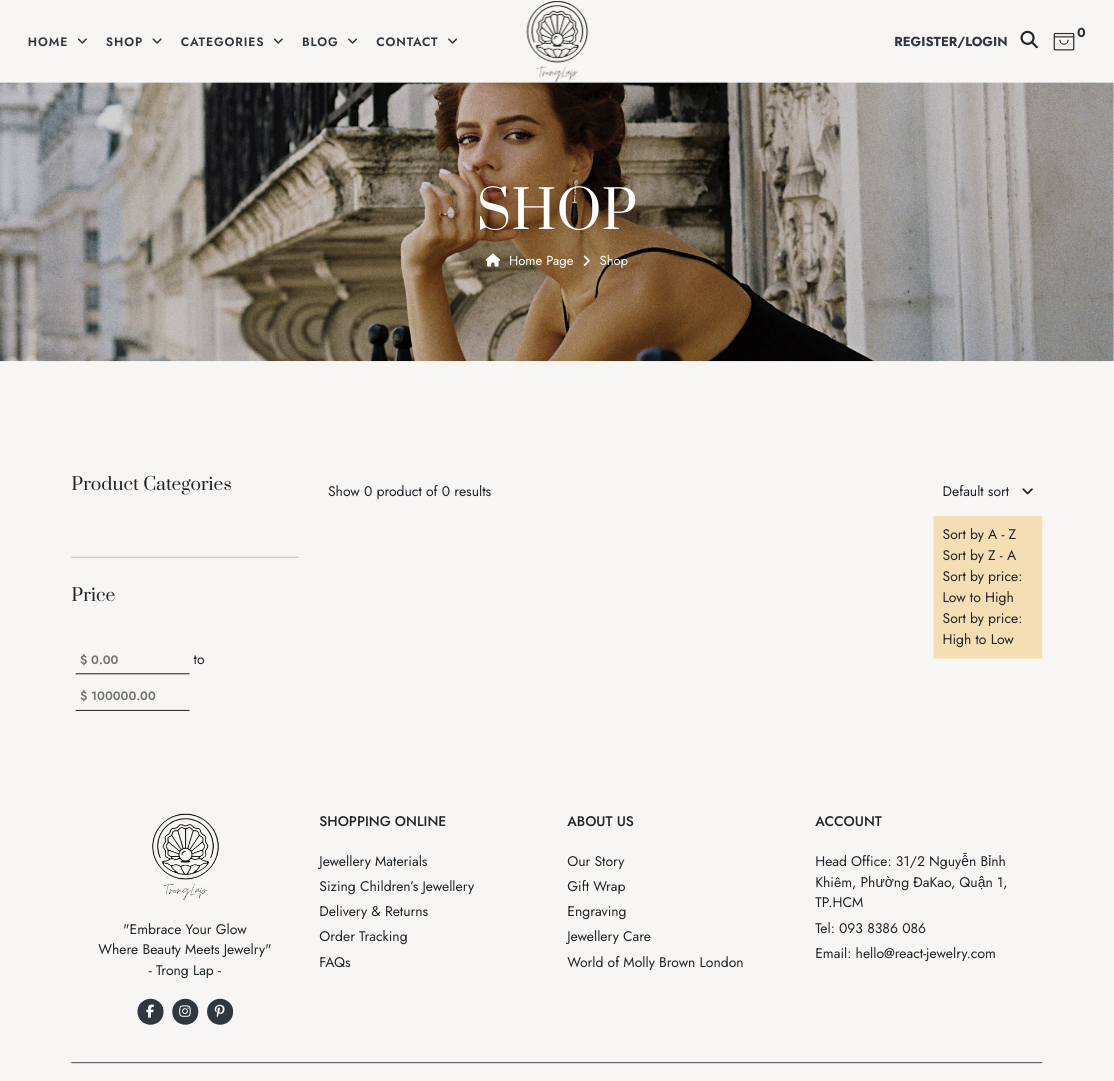
Repository: tronglap/react-jewelry
Page: /list-product
An editor plug-in stored every save of this project. The page is shown before and after the next save, followed by the edit.
The browser window is 1280 px wide. The pictures show the whole page, at 87% of full size.
The page's requests for data from a server got no answer. The project was rebuilt for these pictures with package versions that can differ from the ones it lists, and the page was loaded fresh each time. No one was signed in, and anything a server would have sent is missing. Also part of the build but not shown: src/component/Button/Button.css, src/component/Button/Button.js, src/component/SliderBar/SliderBar.css, src/component/SliderBar/SliderBar.js, src/component/Home/WWD/WWD.css, src/component/Home/WWD/WWD.js, src/component/Home/Home.css, src/component/Home/Categories/Categories.js and 14 more.

Above is the page before, as saved 2024-03-26 18:43:37.

### src/App.css
@import url('https://fonts.googleapis.com/css2?family=Jost:ital,wght@0,100..900;1,100..900&family=Prata&display=swap');


* {
    margin: 0;
    padding: 0;
    box-sizing: border-box;
}

img {
    width: 100%;
}

a {
    text-decoration: none;
}

ul {
    list-style: none;
    margin: 0;
    padding: 0;
}

body {
    font-family: "Jost", sans-serif;
    --seconddaryfont: "Prata";
    --color-primary: #daa14c;
    --color-secondary: #30373e;
    --color-text: #666;
    --color-accent: #30373e;
    --color-lighter: #888;
    --color-dark: #202020;
    --color-highlight: #ccc;
    --color-border: #e3e3e3;
    --color-background-light: #f8f6f4;
    --color-background-field: #DADADA20;
    background-color: #f8f6f4;
}

### src/component/AutoTop/AutoTop.js
import { useEffect } from "react";
import { useNavigate } from "react-router-dom";

const AutoTop = () => {
  const navigate = useNavigate();
  useEffect(() => {
    window.scrollTo({
      top: 0,
      behavior: "smooth",
    });
  }, [navigate]);
  return null;
};

export default AutoTop;

### src/component/Footer/Footer.css
.footer {
    margin-top: 10%;
    text-align: left;
    height: 40vh;
    border-bottom: 0.1px solid var(--color-secondary);
    margin-bottom: 20px;
}

.footer .logo {
    margin: 0 auto;
    width: 30%;
}

.footer .slogan {
    text-align: center;
    margin: 20px 0;
}

.footer .social-links {
    display: flex;
    gap: 10px;
    margin-top: 10px;
    justify-content: center;
}

.footer .social-links a {
    display: flex;
    align-items: center;
    justify-content: center;
    color: white;
    background-color: var(--color-secondary);
    border-radius: 50%;
    width: 30px;
    height: 30px;
    font-size: 20px;
    text-align: center;
    transition: 0.3s ease;
}

.footer .social-links a:hover {
    background-color: var(--color-primary);
}

::selection {
    color: white;
    background-color: var(--color-primary);
}

.footer ul {
    margin-top: 25px;
}

.footer ul li {
    margin-bottom: 5px;
    cursor: pointer;
    transition: 0.2s linear;
}

.footer ul li:hover {
    color: var(--color-primary)
}

### src/component/ListProduct/ListProduct.css
.ListProduct .box_product {
    margin-top: 10%;
}

.ListProduct .box_product .Product_Categories {
    font-size: 20px;
    font-family: 'Prata', sans-serif;
    font-weight: 400;
    line-height: 1.35;
    text-transform: capitalize;
    margin-bottom: 30px;
    padding-bottom: 10px;
}

.ListProduct .box_product .Categories {
    border-bottom: 1px solid rgba(128, 128, 128, 0.5);
    padding-bottom: 30px;
}

.ListProduct .box_product .Categories .diamonds {
    display: flex;
    width: 35%;
    justify-content: space-between;
    font-size: 18px;
    font-weight: 400;
    font-style: normal;
    text-rendering: optimizeLegibility;
    color: var(--color-text);
    line-height: 1.5;
    letter-spacing: 0;
    cursor: pointer;
    transition: 0.2s ease;
}

.ListProduct .box_product .Categories .diamonds:hover {
    color: var(--color-primary)
}

.ListProduct .box_product .FBP .filterbyprice {
    font-size: 20px;
    font-family: 'Prata', sans-serif;
    font-weight: 400;
    line-height: 1.35;
    text-transform: capitalize;
    margin-bottom: 30px;
    margin-top: 30px;
    padding-bottom: 10px;
}

.ListProduct .box_product .FBP input {
    width: 50%;
    padding: 5px;
    font-size: 14px;
    margin: 5px;
    font-weight: 600;
    text-transform: none;
    border: none;
    border-bottom: 1px solid black;
    outline: none;
    background-color: transparent;
}

input[type=number]::-webkit-inner-spin-button {
    -webkit-appearance: none;
}

.ListProduct .box_product .Cart_list {
    margin-bottom: 20px;
}

.ListProduct .box_product .sorting {
    display: flex;
    justify-content: space-between;
    align-items: center;
}

.ListProduct .box_product .sorting .Count_AP {
    display: flex;
    margin-bottom: 20px;
    padding: 10px;
}

.ListProduct .box_product .sort {
    display: flex;
    align-items: center;
    justify-content: space-between;
    width: 15%;
    margin-bottom: 20px;
    padding: 10px;
    position: relative;
}

.ListProduct .box_product .sort .sorts {
    background-color: wheat;
    padding: 10px 10px;
    width: 100%;
    top: 50px;
    left: 0;
    position: absolute;
    z-index: 999;
}

### src/component/Cart/Cart.css
.Cart .link_header {
    display: flex;
    justify-content: flex-start;
    align-items: center;
}

.Cart .link_header .Home,
.Cart .link_header .Shop {
    line-height: 24px;
    text-decoration: none;
    color: var(--color-text);
    font-weight: 400;
    font-size: 14px;
    transition: 0.2s ease;
}

.Cart .link_header .Shop {
    color: var(--color-primary)
}

.Cart .link_header .Home:hover,
.Cart .link_header .Home:hover i {
    color: var(--color-primary)
}

.Cart .link_header .Home i,
.Cart .link_header .icon i {
    margin-right: 10px;
    color: var(--color-text);
    transition: 0.2s ease;
    font-size: 13px;
}

.Cart .link_header .icon {
    display: flex;
    align-items: center;
    justify-content: center;
    margin: 0 10px;
}

.Cart .cart-product {
    display: none;
    margin-top: 10%;
    text-align: center;
}

.Cart .cart-product.active {
    display: block;
}

.Cart .noti.active {
    display: none;
}

.Cart .cart-product .title {
    color: var(--color-secondary);
    font-weight: 600;
    text-transform: uppercase;
}

.Cart .cart-product .quantity {
    display: flex;
    align-items: center;
    justify-content: space-between;
    border: 1px solid #e3e3e3;

}

.Cart .cart-product .quantity input {
    padding: 13px 0;
    font-size: 14px;
    font-weight: 600;
    text-align: center;
    margin: 0 auto;
    outline: none;
    background-color: transparent;
    border: none;
    width: 50%;
}

.Cart .cart-product .quantity button {
    padding: 5px 10px 5px 10px;
    border: none;
    background-color: transparent;
    transition: 0.5s linear;
    border-radius: 50%;
    outline: none;
}

.Cart .cart-product .quantity button:active {
    background-color: rgba(128, 128, 128, 0.5)
}

p {
    margin: 0;
}

.Cart .cart-product .bill {
    text-align: left;
    padding: 30px 30px 40px;
    position: relative;
    background-color: #F8F6F4;
    border: 6px solid #E3E3E3;
    border-radius: 5px;
    color: var(--color-secondary)
}

.Cart .cart-product .bill .cart-total h2 {
    font-size: 28px;
    font-family: 'Prata', sans-serif;
    margin-bottom: 15px;
    font-weight: 400;
}

.Cart .cart-product .bill .total-product,
.Cart .cart-product .bill .total {
    display: flex;
    justify-content: space-between;
    align-items: center;
    font-size: 18px;
    padding: 1em 0;
}

.Cart .cart-product .bill .total {
    margin: 10% 0
}

.Cart .cart-product .bill .total .price {
    font-size: 24px;
    color: var(--color-primary);
    font-weight: 600;
}

.Cart .cart-product .bill .proceed-to-checkout {
    outline: none;
    text-align: center;
}

.Cart .cart-product .bill .proceed-to-checkout .btn-proceed .shop-now {
    margin: 0;
    text-transform: uppercase;
    width: 100%;
    font-weight: 600;
    font-size: 13px;
}

.Cart .cart-product .bill .proceed-to-checkout .btn-proceed .shop-now:hover {
    box-shadow: inset 350px 0 0 0 var(--color-primary);
}

### src/component/Home/Categories/Categories.css
img {
    width: 100%;
}

.icon_cate {
    display: flex;
    gap: 20px;
    margin: 10% 0;
    justify-content: center;
    align-items: center;
}

.icon_cate .icon1,
.icon_cate .icon2,
.icon_cate .icon3 {
    text-align: center;
}

.icon_cate .icon1 .img_icon,
.icon_cate .icon2 .img_icon,
.icon_cate .icon3 .img_icon {
    display: flex;
    justify-content: center;
    margin-bottom: 15px;
}

.icon_cate .icon1 .img_icon .thumb,
.icon_cate .icon2 .img_icon .thumb,
.icon_cate .icon3 .img_icon .thumb {
    width: 25%;
    border-radius: 50%;
    padding: 20px;
    transition: 0.2s ease;
}

.icon_cate .icon1:hover .img_icon .thumb,
.icon_cate .icon2:hover .img_icon .thumb,
.icon_cate .icon3:hover .img_icon .thumb {
    background: var(--color-primary)
}

.icon_cate .icon1 .title,
.icon_cate .icon2 .title,
.icon_cate .icon3 .title {
    font-size: 24px;
    font-family: 'Prata', sans-serif;
    letter-spacing: .3px;
    color: var(--color-secondary);
    margin-bottom: 15px;
    transition: 0.2s ease;
}

.icon_cate .icon1:hover .title,
.icon_cate .icon2:hover .title,
.icon_cate .icon3:hover .title {
    color: var(--color-primary)
}

.icon_cate .icon1 .desc,
.icon_cate .icon2 .desc,
.icon_cate .icon3 .desc {
    width: 60%;
    margin: 0 auto;
}

.cate {
    overflow: hidden;
}

.cate .right .diamond {
    overflow: hidden;
}

.cate .right {
    display: flex;
    flex-wrap: wrap;
    gap: 5%;
}

.cate .necklaces,
.cate .right .diamond,
.cate .right .earrings,
.cate .right .rings {
    position: relative;
    transition: 0.5s ease;
}

.cate .necklaces::after,
.cate .right .diamond::after,
.cate .right .earrings::after,
.cate .right .rings::after {
    content: "";
    display: block;
    opacity: 0;
    width: 100%;
    height: 200px;
    background: linear-gradient(to top, rgba(0, 0, 0, 0.3), rgba(0, 0, 0, 0));
    bottom: -100px;
    position: absolute;
    transition: 0.5s ease;
    z-index: 0;
}

.cate .necklaces:hover::after,
.cate .right .diamond:hover::after,
.cate .right .earrings:hover::after,
.cate .right .rings:hover::after {
    opacity: 1;
    bottom: 0;
}

.cate .necklaces::before,
.cate .right .diamond::before,
.cate .right .earrings::before,
.cate .right .rings::before {
    content: "";
    opacity: 0;
    width: 100%;
    height: 50px;
    font-family: 'Prata', sans-serif;
    font-size: 35px;
    color: white;
    text-align: center;
    bottom: -50px;
    position: absolute;
    transition: 0.5s ease;
    z-index: 1;
}

.cate .necklaces:hover::before {
    content: "Necklaces";
    opacity: 1;
    bottom: 20px;
}

.cate .right .diamond:hover::before {
    content: "Diamond";
    opacity: 1;
    bottom: 20px;
}

.cate .right .earrings:hover::before {
    content: "Earrings";
    opacity: 1;
    bottom: 20px;
}

.cate .right .rings:hover::before {
    content: "Rings";
    opacity: 1;
    bottom: 20px;
}

### src/component/Header/Header.css
.nav {
    display: flex;
    justify-content: space-between;
    padding: 10px 50px;
    position: absolute;
    background-color: rgba(255, 255, 255, 0);
    color: var(--color-secondary);
    z-index: 1;
    width: 100%;
}

svg {
    margin-top: 0px;
}

path {
    fill: black;
    stroke: black;
    stroke-width: 2px;
    transition: 0.2s linear;
}



.nav .left,
.nav .mid,
.nav .right {
    display: flex;
    align-items: center;
    justify-content: center;
    width: 10%;
}

.nav .right .register a {
    color: var(--color-secondary);
    text-transform: uppercase;
    font-weight: bold;
    font-size: 15px;
    transition: 0.2s linear;
}

.nav .right .register a:hover {
    color: var(--color-primary)
}

.nav .right .cart {
    display: flex;
    justify-content: center;
    align-items: center;
    margin-left: 15px;
    cursor: pointer;
}


.nav .right .cart:hover svg path {
    fill: var(--color-primary);
    stroke: var(--color-primary);
    stroke-width: 2px;
}

.nav .right .cart:hover .count {
    color: var(--color-primary)
}

.nav .right .cart .count {
    font-weight: bold;
    font-size: 15px;
    margin-bottom: 20px;
    transition: 0.2s linear;
    color: var(--color-secondary)
}


.nav .left .bar {
    display: flex;
    justify-content: center;
    align-items: center;
    cursor: pointer;
    position: relative;
    color: transparent;
}

.nav .left .bar .line1 {
    display: block;
    width: 20px;
    height: 2px;
    background-color: var(--color-secondary);
    top: 5px;
    left: 0;
    position: absolute;
    border-radius: 5px;
    transition: 0.1s linear;
}

.nav .left .bar .line2 {
    display: block;
    width: 15px;
    height: 2.5px;
    background-color: var(--color-secondary);
    top: 10px;
    left: 0;
    position: absolute;
    transition: 0.1s linear;
    border-radius: 5px;
}

.nav .left .bar .line3 {
    display: block;
    width: 20px;
    height: 2.5px;
    background-color: var(--color-secondary);
    top: 15px;
    left: 0;
    position: absolute;
    border-radius: 5px;
    transition: 0.1s linear;
}

.nav .left .bar:hover .line1,
.nav .left .bar:hover .line2,
.nav .left .bar:hover .line3 {
    background-color: var(--color-primary)
}

.nav .left .bar:hover .line2 {
    width: 20px;
}

.nav .left .search {
    display: flex;
    justify-content: center;
    align-items: center;
    cursor: pointer;
    transition: 0.2s ease;
}

.nav .left .search:hover {
    color: var(--color-primary)
}

.nav .left .search p {
    text-transform: uppercase;
    font-size: 10px;
    font-weight: bold;
    margin: 0;
}

.nav .left .search i {
    margin-right: 5px;
    font-size: 20px;
}

.nav .mid .logo {
    width: 30%;
}

/*------------------------------------*/

/*  {
    display: none;
    top: 0;
    left: 0;
    width: 100%;
    background-color: rgba(0, 0, 0, 0.5);
    position: absolute;
}

.active {
    display: block;
} */

.NavBar {
    opacity: 0;
    pointer-events: none;
    top: 0;
    left: -200px;
    width: 30%;
    height: 100vh;
    padding: 20px;
    transition: 0.3s linear;
    background-color: white;
    position: absolute;

}

.NavBar.active {
    pointer-events: visible;
    opacity: 1;
    left: 0;
}

.NavBar .icon_close {
    margin-bottom: 5%;
    cursor: pointer;
    position: relative;
}


.NavBar .icon_close .icon .line1 {
    width: 20px;
    height: 2px;
    top: 10px;
    right: 0;
    border-radius: 5px;
    background-color: black;
    transition: 0.3s ease;
    transform: rotate(45deg);
    position: absolute;
}

.NavBar .icon_close .icon .line2 {
    width: 20px;
    height: 2px;
    top: 10px;
    right: 0;
    border-radius: 5px;
    background-color: black;
    transition: 0.3s ease;
    transform: rotate(-45deg);
    position: absolute;
}

.NavBar .icon_close .icon:hover .line1,
.NavBar .icon_close .icon:hover .line2 {
    transform: rotate(0);
    height: 3.5px;
    background-color: var(--color-primary)
}

.NavBar .icon_close .Menu {
    color: var(--color-secondary);
    text-transform: uppercase;
    text-align: left;
    font-size: 14px;
    font-weight: 500;
    line-height: 20px;
    position: relative;
}

.NavBar .icon_close .Menu::after {
    content: "";
    display: block;
    margin-top: 20%;
    width: 100%;
    height: 2px;
    background-color: var(--color-primary);
    position: absolute;
}

.NavBar .Home,
.NavBar .Shop,
.NavBar .Categories,
.NavBar .Blog,
.NavBar .Contact {
    display: flex;
    justify-content: space-between;
    align-items: center;
    font-weight: 400;
    font-size: 14px;
    color: var(--color-secondary);
    padding: 15px 0px;
    transition: 0.1s linear;
    cursor: pointer;
}

.NavBar .Home i,
.NavBar .Shop i,
.NavBar .Categories i,
.NavBar .Blog i,
.NavBar .Contact i {
    font-size: 15px;
    transition: 0.3s ease;
}

.NavBar .Home:hover,
.NavBar .Shop:hover,
.NavBar .Categories:hover,
.NavBar .Blog:hover,
.NavBar .Contact:hover {
    color: var(--color-primary)
}

.NavBar .Home.active i,
.NavBar .Shop.acive i,
.NavBar .Categories.active i,
.NavBar .Blog.active i,
.NavBar .Contact.active i {
    transform: rotate(90deg);
}

### src/component/Header/HeaderMain/Header.css
svg {
    margin-top: 0px;
}

path {
    fill: black;
    stroke: black;
    stroke-width: 2px;
    transition: 0.2s linear;
}

.HeaderMain {
    display: flex;
    justify-content: space-between;
    align-items: center;
    padding: 0 20px;
}

.HeaderMain .left {
    display: flex;
    gap: 20px;
    width: 40%;
}

.HeaderMain .left .Home,
.HeaderMain .left .Shop,
.HeaderMain .left .Categories,
.HeaderMain .left .Blog,
.HeaderMain .left .Contact {
    display: flex;
    justify-content: space-between;
    align-items: center;
    text-transform: uppercase;
    line-height: 1.2857142857;
    font-weight: 600;
    font-size: 14px;
    color: var(--color-secondary);
    letter-spacing: 1px;
    transition: 0.2s ease;
}

.HeaderMain .left .Home:hover,
.HeaderMain .left .Shop:hover,
.HeaderMain .left .Categories:hover,
.HeaderMain .left .Blog:hover,
.HeaderMain .left .Contact:hover {
    color: var(--color-primary);
}


.HeaderMain .left .Home i,
.HeaderMain .left .Shop i,
.HeaderMain .left .Categories i,
.HeaderMain .left .Blog i,
.HeaderMain .left .Contact i {
    margin-left: 10px;
}

.HeaderMain .mid {
    display: flex;
    justify-content: center;
    width: 20%;
}

.HeaderMain .mid .thumb {
    width: 30%;
}

.HeaderMain .right {
    display: flex;
    align-items: center;
    justify-content: right;
    width: 40%;
}

.HeaderMain .right .register a {
    color: var(--color-secondary);
    text-transform: uppercase;
    font-weight: bold;
    font-size: 15px;
    transition: 0.2s linear;
}

.HeaderMain .right .register a:hover {
    color: var(--color-primary)
}

.HeaderMain .right .search {
    transition: 0.2s ease;
}

.HeaderMain .right .search i {
    font-size: 20px;
    margin-left: 15px;
}

.HeaderMain .right .search:hover {
    color: var(--color-primary)
}

.HeaderMain .right .cart {
    display: flex;
    justify-content: center;
    align-items: center;
    margin-left: 15px;
    cursor: pointer;
}


.HeaderMain .right .cart:hover svg path {
    fill: var(--color-primary);
    stroke: var(--color-primary);
    stroke-width: 2px;
}

.HeaderMain .right .cart:hover .count {
    color: var(--color-primary)
}

.HeaderMain .right .cart .count {
    font-weight: bold;
    font-size: 15px;
    margin-bottom: 20px;
    transition: 0.2s linear;
    color: var(--color-secondary)
}

### src/component/ListProduct/Banner/Banner.css
.Banner {
    position: relative;
}

.Banner::after {
    content: "";
    display: block;
    width: 100%;
    height: 100%;
    background-color: rgba(0, 0, 0, 0.5);
}

.Banner .content {
    text-align: center;
    width: 100%;
    top: 50%;
    transform: translateY(-50%);
    position: absolute;
    z-index: 999;

}

.Banner .content .title {
    font-size: 60px;
    font-family: 'Prata', sans-serif;
    color: white;
}

.Banner .content .link_header {
    display: flex;
    justify-content: center;
    align-items: center;
}

.Banner .content .link_header .Home,
.Banner .content .link_header .Shop {
    text-decoration: none;
    color: white;
    font-weight: 400;
    font-size: 15px;
    transition: 0.2s ease;
}

.Banner .content .link_header .Home:hover,
.Banner .content .link_header .Home:hover i {
    color: var(--color-primary)
}

.Banner .content .link_header .Home i,
.Banner .content .link_header .icon {
    margin-right: 10px;
    color: white;
    transition: 0.2s ease
}

.Banner .content .link_header .icon {
    display: flex;
    align-items: center;
    justify-content: center;
    margin: 0 10px;
}

### src/component/CardProduct/CartProduct.css
img {
    width: 100%;
}

.Card_item {
    margin: 0 5px;
    text-align: center;
    position: relative;
    width: 100%;
    text-align: center;
    overflow: hidden;
}

.Card_item .thumb {
    display: block;
    position: relative;
    transition: 0.5s linear;
    overflow: hidden;
    width: 290px;
}

.Card_item .thumb:hover {
    border-radius: 49% 49% 0 0;
}

.Card_item .thumb img {
    transition: 0.5s ease;
    position: relative;
}

.Card_item .thumb img:first-child {
    opacity: 1;
    transition: 0.3s linear;

}

.Card_item .thumb:hover img:first-child {
    opacity: 0;
}

.Card_item .thumb img:last-child {
    opacity: 0;
    position: absolute;
    top: 0;
    left: 0;
    transition: 0.3s linear;
}

.Card_item .thumb:hover img:last-child {
    opacity: 1;
    display: block;
    transform: scale(1.2);
}

.Card_item .sale {
    display: none;
    width: 50px;
    height: 20px;
    color: white;
    padding: 2.5px 10px;
    font-weight: bold;
    font-size: 10px;
    top: 10px;
    left: 10px;
    background-color: var(--color-primary);
    position: absolute;
    transition: 0.2s linear;
    z-index: 999;
}

.Card_item .sale.active {
    display: block;
}

.Card_item:hover .sale.active {
    display: none;
}

.Card_item .info {
    margin-top: 10px;
}

.Card_item .info .cate {
    color: var(--color-primary);
    text-transform: uppercase;
    font-size: 12px;
    font-weight: 500;
    line-height: 1.35;
}

.Card_item .info .name {
    font-size: 20px;
    color: var(--color-secondary);
    text-transform: capitalize;
    transition: 0.2s ease;
}

.Card_item .info .name:hover {
    color: var(--color-primary)
}

.Card_item .info .material {
    color: var(--color-text);
    text-transform: capitalize;
    font-size: 14px
}

.Card_item .info .price .discount {
    font-weight: 700;
    color: var(--color-secondary)
}

.Card_item .info .price .cost {
    color: var(--color-secondary);
    font-weight: 500;
    text-decoration: line-through;
    font-size: 14px;
}

.Card_item .info .price .discount.active {
    display: none;
}

.Card_item .info .price .cost.active {
    font-weight: 700;
    color: var(--color-secondary);
    text-decoration: none;
    font-size: 16px;
}

### src/component/CardNews/CardNews.css
img {
    width: 100%;
}

.Card_news {
    width: 90%;
    margin: 0 auto;
    cursor: pointer;
}

.Card_news .thumb {
    margin-bottom: 3%;
    overflow: hidden;
}

.Card_news .thumb img {
    transition: 0.3s linear;
}

.Card_news .thumb:hover img {
    transform: scale(1.1);
}

.Card_news .infor {
    text-align: center;
}

.Card_news .infor .date p {
    font-size: 14px;
    text-transform: capitalize;
    color: var(--color-lighter);
    transition: 0.5s ease
}

.Card_news .infor .date p:hover {
    color: var(--color-primary)
}

.Card_news .infor .title h4 {
    display: -webkit-box;
    -webkit-box-orient: vertical;
    -webkit-line-clamp: 1;
    overflow: hidden;
    transition: 0.3s ease;
}

.Card_news .infor .title h4:hover {
    color: var(--color-primary)
}

.Card_news .infor .content p {
    display: -webkit-box;
    -webkit-box-orient: vertical;
    -webkit-line-clamp: 3;
    overflow: hidden;
    color: var(--color-text)
}

.Card_news .infor .view {
    color: var(--color-dark);
    font-weight: bold;
    font-size: 13px;
    font-weight: 600;
    line-height: 1.3;
    text-transform: uppercase;
    transition: 0.3s linear;
    margin-top: 12%;
}

.Card_news .infor .view:hover {
    color: var(--color-primary)
}

@keyframes zoom_news {
    0% {
        transform: scale(1);
    }

    100% {
        transform: scale(1.1);
    }
}

Loaded but not shown: public/index.html (common file); src/index.js (common file); src/index.css (common file); src/reportWebVitals.js (common file); src/component/ListProduct/ListProduct.js (166 lines, source omitted); src/component/Header/HeaderMain/Header.js (74 lines, source omitted); src/component/Footer/Footer.js (69 lines, source omitted); src/App.js (36 lines, source omitted); src/UseContext.js (36 lines, source omitted); src/component/ListProduct/Banner/Banner.js (31 lines, source omitted); src/UseFetch.js (26 lines, source omitted)

After the next save:
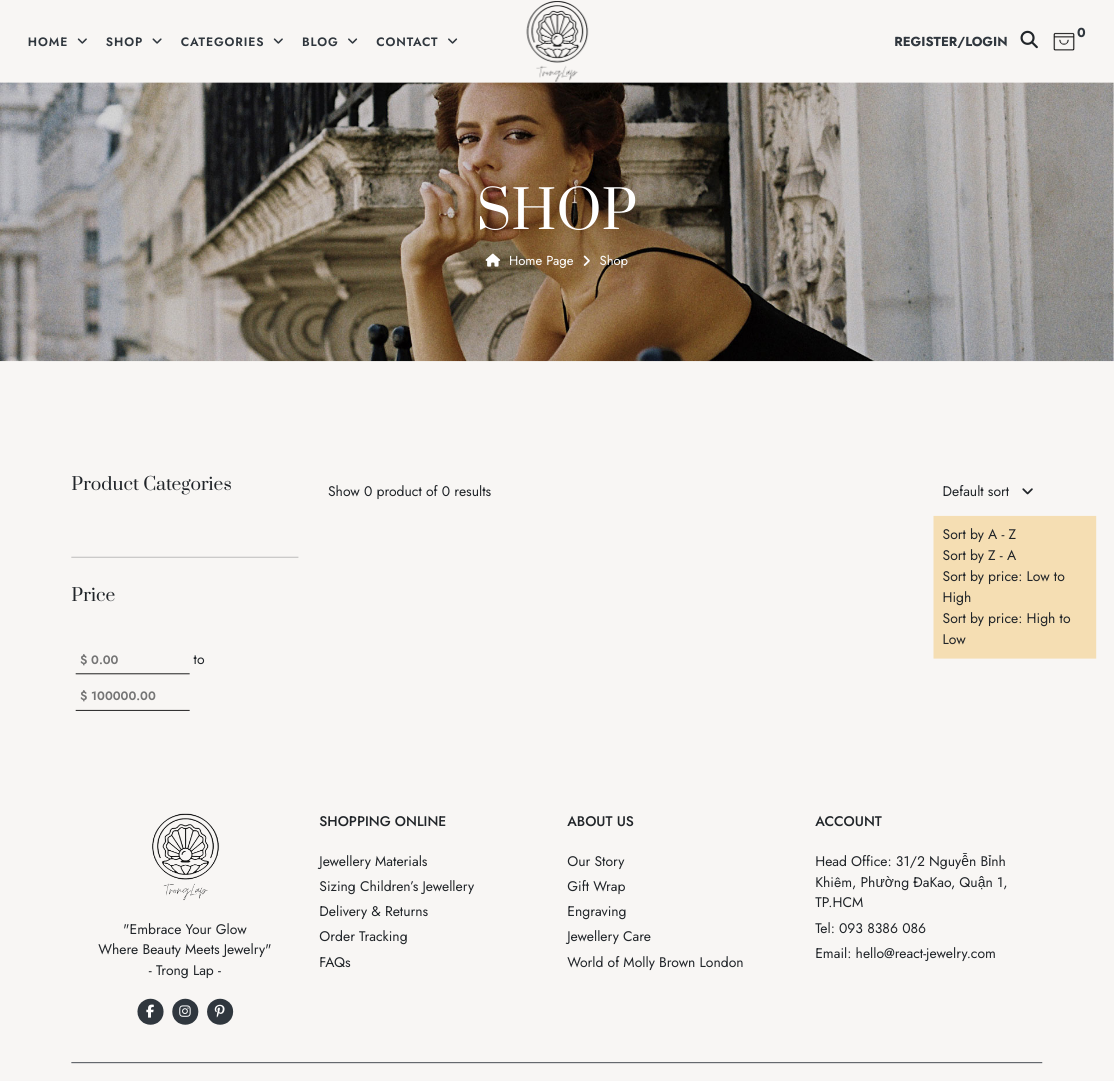
Saved 23 s later.
--- a/src/component/ListProduct/ListProduct.css
+++ b/src/component/ListProduct/ListProduct.css
@@ -93,7 +93,7 @@ input[type=number]::-webkit-inner-spin-button {
 .ListProduct .box_product .sort .sorts {
     background-color: wheat;
     padding: 10px 10px;
-    width: 100%;
+    width: 150%;
     top: 50px;
     left: 0;
     position: absolute;
